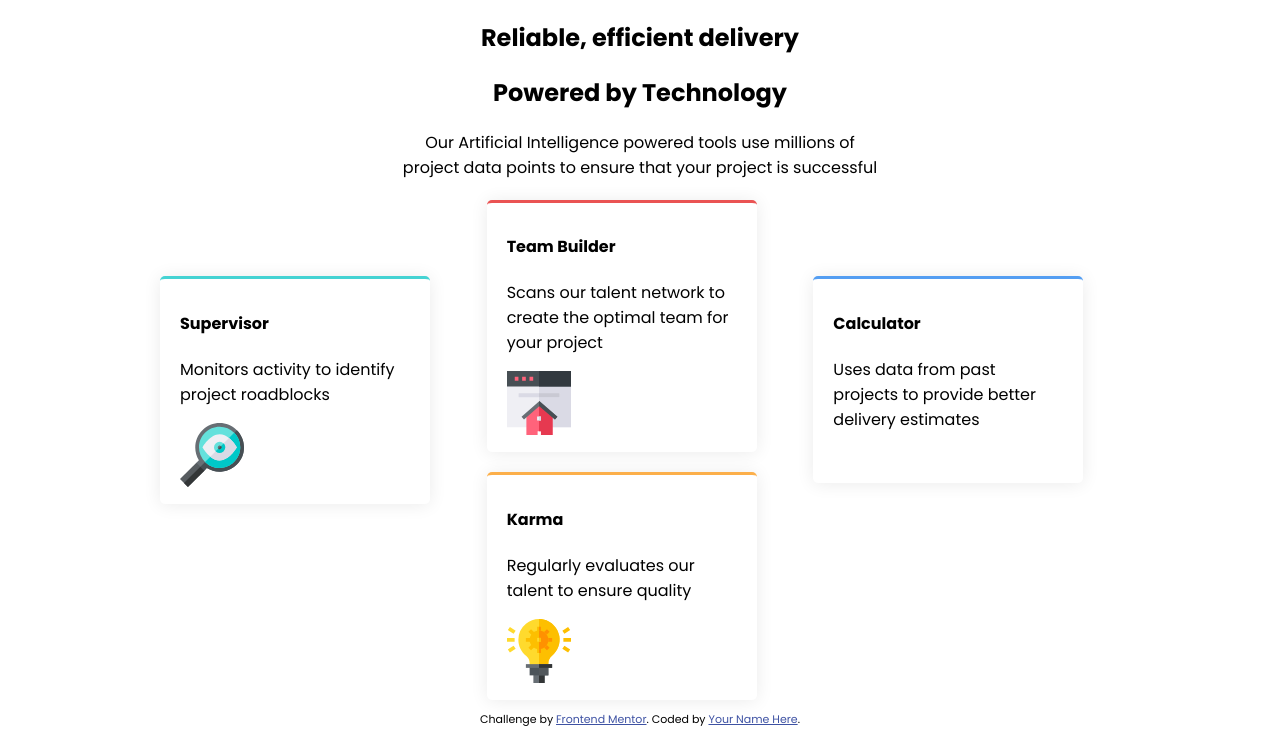
Repository: BuduCE/four-card-feature-section-master
Page: index.html
The author's editor kept a copy of each file at every save. The page is drawn from the files as they stood at one save, then again after a run of saves.
The browser window is 1280 px wide. The pictures show the whole page.

Above is the page before, as saved 2023-06-01 22:36:26.

### index.html
<!DOCTYPE html>
<html lang="en">
<head>
  <meta charset="UTF-8">
  <meta name="viewport" content="width=device-width, initial-scale=1.0"> <!-- displays site properly based on user's device -->

  <link rel="icon" type="image/png" sizes="32x32" href="./images/favicon-32x32.png">

  <title>Frontend Mentor | Four card feature section</title>

  <link rel="stylesheet" href="styles.css">
  <!-- Gogle font family -->
  <link rel="preconnect" href="https://fonts.googleapis.com">
  <link rel="preconnect" href="https://fonts.gstatic.com" crossorigin>
  <link
    href="https://fonts.googleapis.com/css2?family=Montserrat:ital,wght@0,200;0,300;0,400;0,500;0,600;0,700;0,800;0,900;1,200;1,300;1,400;1,500;1,600;1,700;1,800;1,900&family=Poppins:wght@100;200;300;400;500;700;900&display=swap"
    rel="stylesheet">
</head>
<body>
  <h2>Reliable, efficient delivery</h2>
  <h2>Powered by Technology</h2>

  <p class="header_detail">Our Artificial Intelligence powered tools use millions of project data points
  to ensure that your project is successful</p>

  <div class="product_card">
    <div class="card_containers">
      <div class="card specialX a">
        <h4>Supervisor</h4>
        <p>Monitors activity to identify project roadblocks</p>
        <img src="./images/icon-supervisor.svg" alt="">
      </div>
    </div>

    <div class="card_containers special">
      <div class="card b">
        <h4>Team Builder</h4>
        <p>Scans our talent network to create the optimal team for your project</p>
        <img src="./images/icon-team-builder.svg" alt="">
      </div>

      <div class="card c">
        <h4>Karma</h4>
        <p>Regularly evaluates our talent to ensure quality</p>
        <img src="./images/icon-karma.svg" alt="">
      </div>
    </div>

    <div class="card_containers">
      <div class="card specialX d">
        <h4>Calculator</h4>
        <p>Uses data from past projects to provide better delivery estimates</p>
        <img src="" alt="">
      </div>
    </div>
  </div>

  <footer>
    <p class="attribution">
      Challenge by <a href="https://www.frontendmentor.io?ref=challenge" target="_blank">Frontend Mentor</a>.
      Coded by <a href="#">Your Name Here</a>.
    </p>
  </footer>
</body>
</html>

### styles.css
.attribution {
    font-size: 11px;
    text-align: center;
}

.attribution a {
    color: hsl(228, 45%, 44%);
}

body {
    font-family: 'Poppins', sans-serif;
    text-align: center;
    width: 75%;
    margin: auto;
}
.header_detail{
    width: 50%;
    margin: auto;
}
.product_card{
    display: grid;
    grid-template-columns: 1fr 1fr 1fr;
    /* display: flex;
    align-items: center; */
    gap: 20px;
    width: 100%;
    margin: auto;
    margin-top: 20px;
}
.card{
    padding: 10px 20px;
    width: 75%;
    text-align: left;
    -webkit-box-shadow: 0px 1px 18px 0px rgba(235, 235, 235, 1);
        -moz-box-shadow: 0px 1px 18px 0px rgba(235, 235, 235, 1);
        box-shadow: 0px 1px 18px 0px rgba(235, 235, 235, 1);
        border-radius: 5px;
}
.specialX{
    margin-top: 25%;
}
.special{
    display: flex;
    flex-direction: column;
    gap: 20px;
}
.a{
    border-top: 3px solid hsl(180, 62%, 55%);
}
.b{
    border-top: 3px solid hsl(0, 78%, 62%);
}
.c{
    border-top: 3px solid hsl(34, 97%, 64%);
}
.d{
    border-top: 3px solid hsl(212, 86%, 64%);
}

### images/icon-supervisor.svg
<svg xmlns="http://www.w3.org/2000/svg" width="64" height="64"><g fill="none"><path fill="#676E74" d="M56.842 7.158c-9.526-9.563-24.902-9.525-34.428 0-8.025 8.026-9.45 20.44-3.525 30.003l-2.513 2.55-1.356 6.144 4.214 4.214 5.093-2.408 2.512-2.55a24.254 24.254 0 0030.003-3.525c9.563-9.526 9.525-24.902 0-34.428z"/><path fill="#474F54" d="M24.327 47.661l2.512-2.55a24.254 24.254 0 0030.003-3.525c9.563-9.526 9.525-24.902 0-34.428l-40.26 40.26 2.652 2.651 5.093-2.408z"/><path fill="#64E1DC" d="M54.213 9.787a20.56 20.56 0 00-14.585-6.041C28.236 3.746 19 12.98 19 24.372a20.564 20.564 0 006.041 14.586 20.564 20.564 0 0014.586 6.04c11.392 0 20.626-9.234 20.626-20.626a20.56 20.56 0 00-6.041-14.585z"/><path fill="#00C8C8" d="M60.254 24.372a20.56 20.56 0 00-6.041-14.585l-29.17 29.17A20.564 20.564 0 0039.627 45c11.392 0 20.626-9.235 20.626-20.627z"/><path fill="#EFEFF4" d="M56.239 23.41c-.184-.307-2.98-4.914-7.281-8.368-2.63-2.113-5.822-3.796-9.33-3.796-9.242 0-16.314 11.669-16.61 12.165l-.576.961.575.961c.184.309 2.98 4.916 7.28 8.37 2.631 2.112 5.823 3.795 9.33 3.795 9.243 0 16.315-11.668 16.612-12.165l.574-.96-.574-.962z"/><path fill="#DADAE5" d="M56.239 25.333l.574-.96-.574-.962c-.184-.308-2.98-4.915-7.281-8.369l-18.66 18.66c2.63 2.113 5.822 3.796 9.33 3.796 9.242 0 16.314-11.668 16.61-12.165z"/><path fill="#64E1DC" d="M43.604 20.396a5.607 5.607 0 00-3.976-1.65 5.632 5.632 0 00-5.626 5.626c0 1.551.631 2.958 1.65 3.976a5.609 5.609 0 003.976 1.65 5.632 5.632 0 005.625-5.626c0-1.55-.63-2.957-1.649-3.976z"/><path fill="#00C8C8" d="M45.253 24.372c0-1.55-.63-2.957-1.649-3.976l-7.952 7.952a5.608 5.608 0 003.976 1.65 5.632 5.632 0 005.625-5.626z"/><path fill="#676E74" d="M40.954 23.046a1.876 1.876 0 10-1.326 3.2 1.876 1.876 0 001.326-3.2z"/><path fill="#474F54" d="M41.503 24.372c0-.517-.21-.986-.55-1.326l-2.65 2.652a1.876 1.876 0 003.2-1.326z"/><path fill="#575C60" d="M20.333 43.667l-3.957-3.957L0 56.049l3.975 3.976L7.951 64l16.376-16.339z"/><path fill="#333637" d="M24.327 47.661l-3.994-3.994L3.975 60.025 7.951 64z"/></g></svg>

After the next 3 saves:
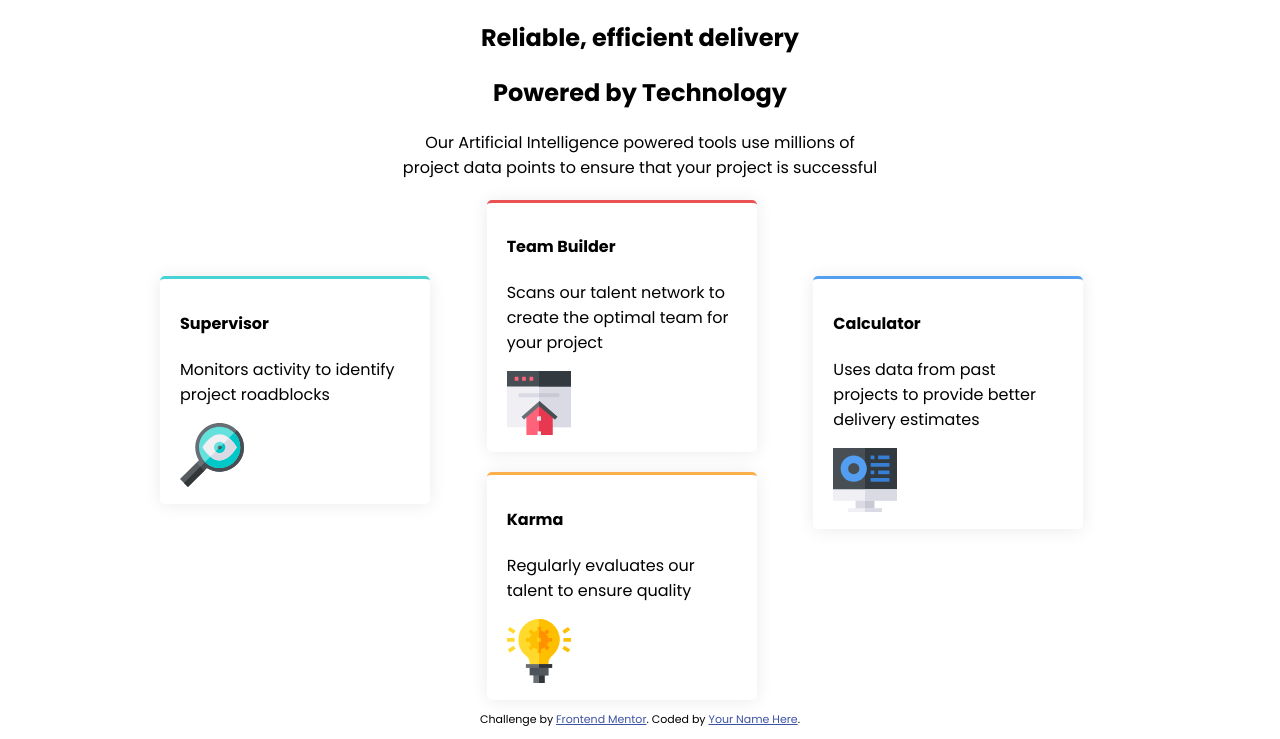
The 3 saves are shown as one change because they came seconds apart.
The last was saved 9 s later.
--- a/index.html
+++ b/index.html
@@ -50,7 +50,7 @@
       <div class="card specialX d">
         <h4>Calculator</h4>
         <p>Uses data from past projects to provide better delivery estimates</p>
-        <img src="" alt="">
+        <img src="./images/icon-calculator.svg" alt="">
       </div>
     </div>
   </div>
